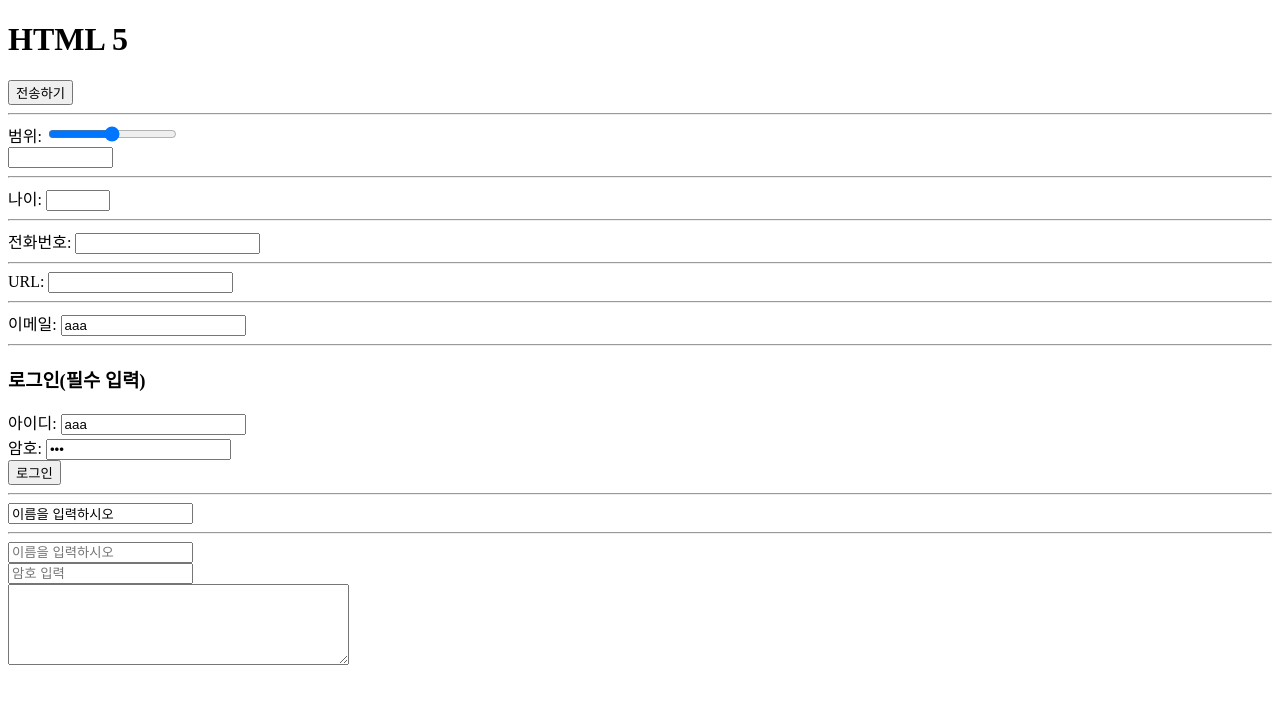
Repository: seula123/Front-End
Page: ClientTest/src/main/webapp/html/ex19.html
The author's editor kept a copy of each file at every save. The page is drawn from the files as they stood at one save, then again after the next save.
The browser window is 1280 px wide. The pictures show the whole page.

Above is the page before, as saved 2023-09-21 08:33:06.

After the next save:
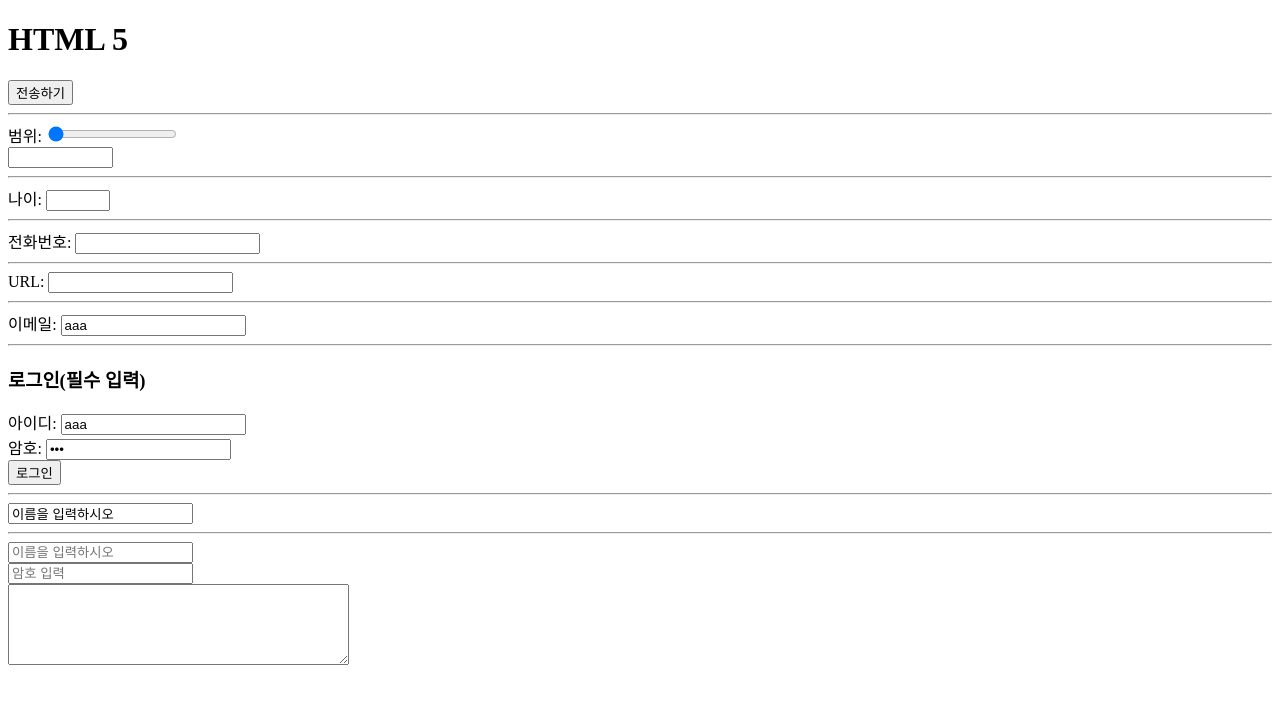
Saved 106 s later.
--- a/ClientTest/src/main/webapp/html/ex19.html
+++ b/ClientTest/src/main/webapp/html/ex19.html
@@ -14,7 +14,8 @@
 		<input type = "submit" value="전송하기">
 		<hr>
 			범위: <input type = "range"
-					onchange = "document.getElementById('txt1').value=this.value;">
+					onchange = "document.getElementById('txt1').value=this.value;"
+					min="10" max="12" step="10">
 			<br>
 			<input type ="text" id="txt1" size="10">
 
